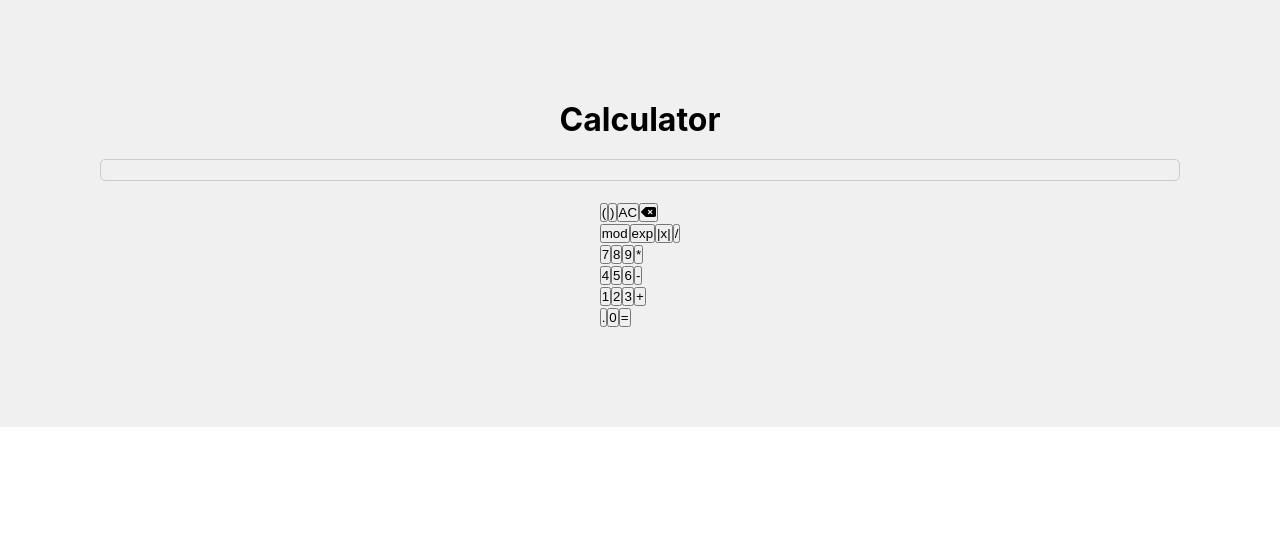
Repository: thesaherriaz/Calculator-React
Page: /
The author's editor kept a copy of each file at every save. The page is drawn from the files as they stood at one save, then again after a run of saves.
The browser window is 1280 px wide. The pictures show the whole page.
The project was rebuilt for these pictures with package versions that can differ from the ones it lists, and the page was loaded fresh each time.

Above is the page before, as saved 2025-06-18 15:32:26.

### public/index.html
<!DOCTYPE html>
<html lang="en">
  <head>
    <meta charset="utf-8" />
    <link rel="icon" href="%PUBLIC_URL%/favicon.ico" />
    <meta name="viewport" content="width=device-width, initial-scale=1" />
    <meta name="theme-color" content="#000000" />
    <meta
      name="description"
      content="Web site created using create-react-app"
    />
    <link rel="apple-touch-icon" href="%PUBLIC_URL%/logo192.png" />
    <link rel="stylesheet" href="https://cdnjs.cloudflare.com/ajax/libs/font-awesome/6.0.0/css/all.min.css">
    <!--
      manifest.json provides metadata used when your web app is installed on a
      user's mobile device or desktop. See https://developers.google.com/web/fundamentals/web-app-manifest/
    -->
    <link rel="manifest" href="%PUBLIC_URL%/manifest.json" />
    <!--
      Notice the use of %PUBLIC_URL% in the tags above.
      It will be replaced with the URL of the `public` folder during the build.
      Only files inside the `public` folder can be referenced from the HTML.

      Unlike "/favicon.ico" or "favicon.ico", "%PUBLIC_URL%/favicon.ico" will
      work correctly both with client-side routing and a non-root public URL.
      Learn how to configure a non-root public URL by running `npm run build`.
    -->
    <title>React App</title>
  </head>
  <body>
    <noscript>You need to enable JavaScript to run this app.</noscript>
    <div id="root"></div>
    <!--
      This HTML file is a template.
      If you open it directly in the browser, you will see an empty page.

      You can add webfonts, meta tags, or analytics to this file.
      The build step will place the bundled scripts into the <body> tag.

      To begin the development, run `npm start` or `yarn start`.
      To create a production bundle, use `npm run build` or `yarn build`.
    -->
  </body>
</html>

### src/App.js
import React from 'react'
import Calculator from './compnents/Calculator'

function App() {
  return (
    <Calculator />
  )
}

export default App

### src/compnents/Calculator.jsx
import React from 'react'
import './Calculator.css'
import { useState } from 'react'

function Calculator() {
    const [input, setInput] = useState('');
    const [result, setResult] = useState('');
    const handleClick = (value) => {
        return () => {
            const input = document.getElementById('input');
            if (value === 'AC') {
                setInput('');
            } else if (value === 'DEL') {
                setInput(input.value.slice(0, -1));
            } else if (value === '=') {
                try {
                    setResult(eval(input));
                    setInput('');
                } catch (error) {
                    setInput('Error');
                }
            } else {
                setInput(input + value);
            }
        };
    }
  return (
    <>
        <div className="Calculator">
            <h1>Calculator</h1>
            <div className="input">{input}</div>
            <div className="result">{result}</div>
            <div className="buttons">
                <button className='btn-cal'onClick={handleClick('(')}>(</button>
                <button className='btn-cal'onClick={handleClick(')')}>)</button>
                <button className='btn-cal'onClick={handleClick('AC')}>AC</button>
                <button className='btn-cal'onClick={handleClick('DEL')}><i class="fa-solid fa-delete-left"></i></button> <br />
                <button className='btn-cal'onClick={handleClick('mod')}>mod</button>
                <button className='btn-cal'onClick={handleClick('exp')}>exp</button>
                <button className='btn-cal'onClick={handleClick('|x|')}>|x|</button>
                <button className='btn-cal'onClick={handleClick('/')}>/</button> <br />
                <button className='btn-cal'onClick={handleClick('7')}>7</button>
                <button className='btn-cal'onClick={handleClick('8')}>8</button>
                <button className='btn-cal'onClick={handleClick('9')}>9</button>
                <button className='btn-cal'onClick={handleClick('*')}>*</button> <br />
                <button className='btn-cal'onClick={handleClick('4')}>4</button>
                <button className='btn-cal'onClick={handleClick('5')}>5</button>
                <button className='btn-cal'onClick={handleClick('6')}>6</button>
                <button className='btn-cal'onClick={handleClick('-')}>-</button> <br />
                <button className='btn-cal'onClick={handleClick('1')}>1</button>
                <button className='btn-cal'onClick={handleClick('2')}>2</button>
                <button className='btn-cal'onClick={handleClick('3')}>3</button>
                <button className='btn-cal'onClick={handleClick('+')}>+</button> <br />
                <button className='btn-cal'onClick={handleClick('.')}>.</button>
                <button className='btn-cal'onClick={handleClick('0')}>0</button>
                <button className='btn-cal'onClick={handleClick('=')}>=</button>
            </div>
        </div>
    </>
  )
}

export default Calculator

### src/compnents/Calculator.css
*{
    box-sizing: border-box;
    margin: 0;
    padding: 0;

}
.Calculator {
  display: flex;
  flex-direction: column;
  align-items: center;
  justify-content: center;
  /* height: 100vh; */
  background-color: #f0f0f0;
  padding: 100px;
}
/* .btn-cal{
  background-color: #8ea4ab;
  width: 150px;
  color: white;
  border: none;
  padding: 20px;
  font-size: 16px;
  cursor: pointer;
  border-radius: 5px;
  margin: 5px;
  transition: background-color 0.3s ease;
} */

.input {
  width: 100%;
  padding: 10px;
  font-size: 16px;
  border: 1px solid #ccc;
  border-radius: 5px;
  margin: 20px;
}

Loaded but not shown: src/index.js (common file); src/index.css (common file); src/reportWebVitals.js (common file)

After the next 2 saves:
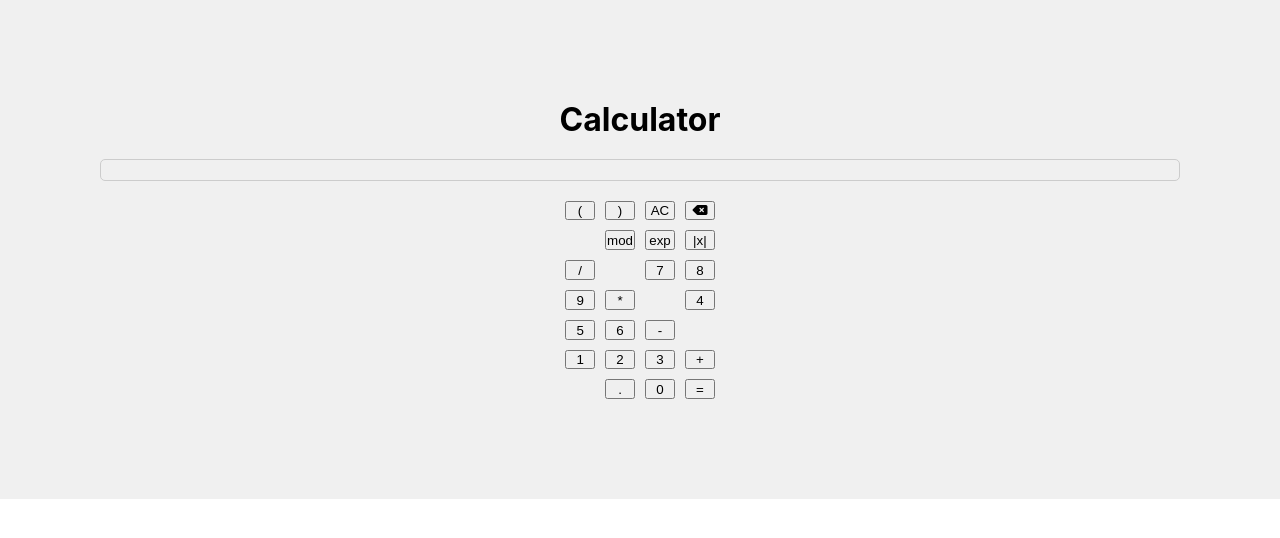
The 2 saves are shown as one change because they came seconds apart.
The last was saved 5 s later.
--- a/src/compnents/Calculator.css
+++ b/src/compnents/Calculator.css
@@ -12,6 +12,11 @@
   /* height: 100vh; */
   background-color: #f0f0f0;
   padding: 100px;
+}
+.buttons {
+  display: grid;
+  grid-template-columns: repeat(4, 1fr);
+  gap: 10px;
 }
 /* .btn-cal{
   background-color: #8ea4ab;
